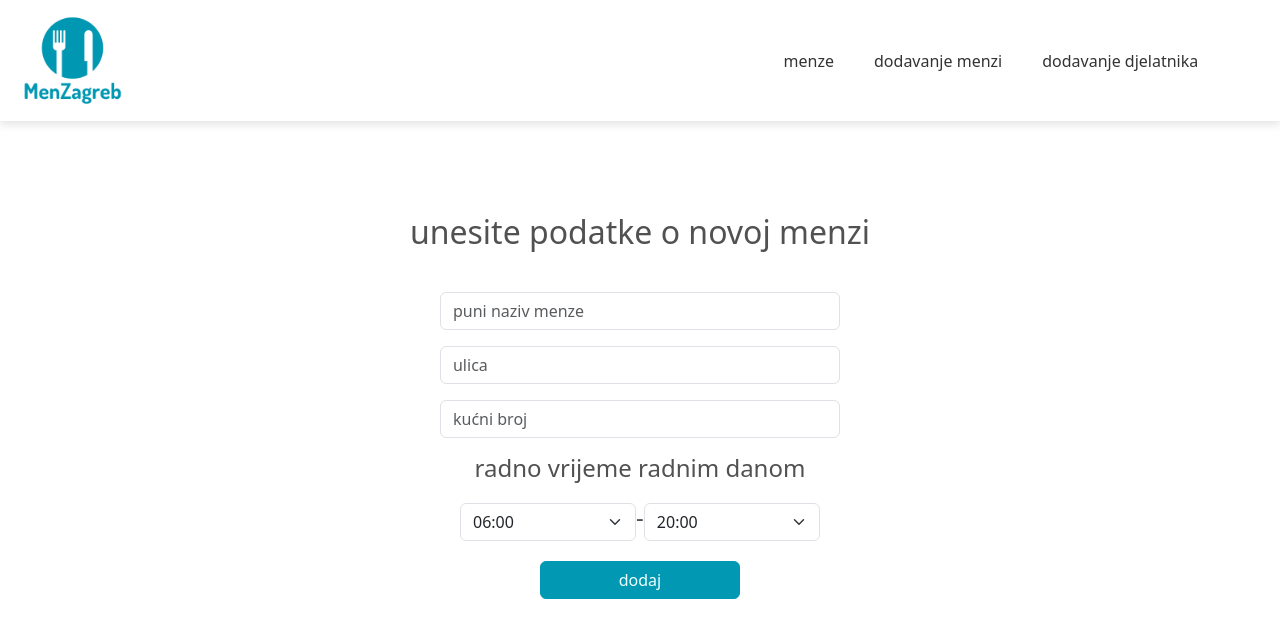
Repository: MENZG/menZg
Page: /admin/dodajMenzu (app in IzvorniKod/)
These files come from the project's save history. The page is drawn as it stood at one moment and after the next save; the edit follows.
The browser window is 1280 px wide. The pictures show the whole page.
The project was rebuilt for these pictures with package versions that can differ from the ones it lists, and the page was loaded fresh each time. Also part of the build but not shown: IzvorniKod/vite.config.ts, IzvorniKod/src/Components/LoginForm.tsx, IzvorniKod/src/Components/AdminLogin.tsx, IzvorniKod/src/Components/EmployeeLogin.tsx, IzvorniKod/src/Components/NavBar.tsx, IzvorniKod/src/Components/ListaMenza.tsx, IzvorniKod/src/Components/Profil.tsx, IzvorniKod/src/Components/AddEmployee.tsx and 5 more.

Above is the page before, as saved 2024-11-07 13:38:53.

After the next save:
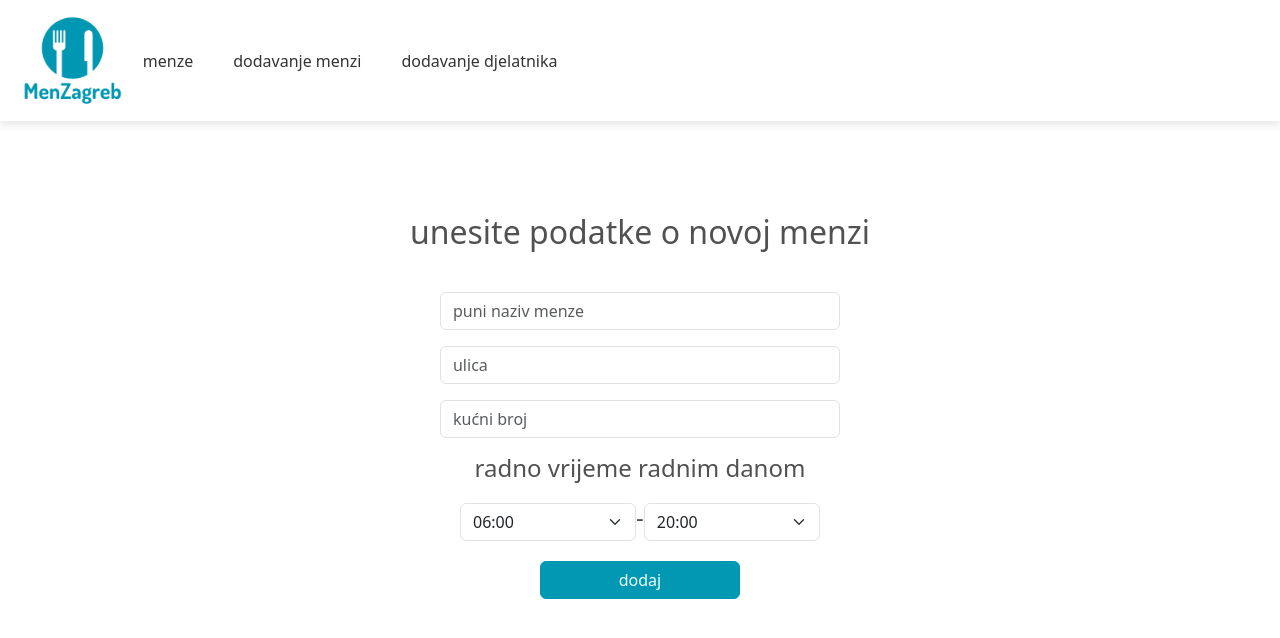
Saved 2 min 30 s later.
--- a/IzvorniKod/src/styles/NavBar.css
+++ b/IzvorniKod/src/styles/NavBar.css
@@ -24,7 +24,7 @@
     justify-content: center;
     flex-direction: row;
     gap: 20px; /* Razmak između dugmadi */
-    width: 40%; /* Proširi na celu širinu navigacije */
+    width: 100%; /* Proširi na celu širinu navigacije */
     align-items: center; /* Vertikalno centriraj dugmad */
 }
 .navbar-bg {
